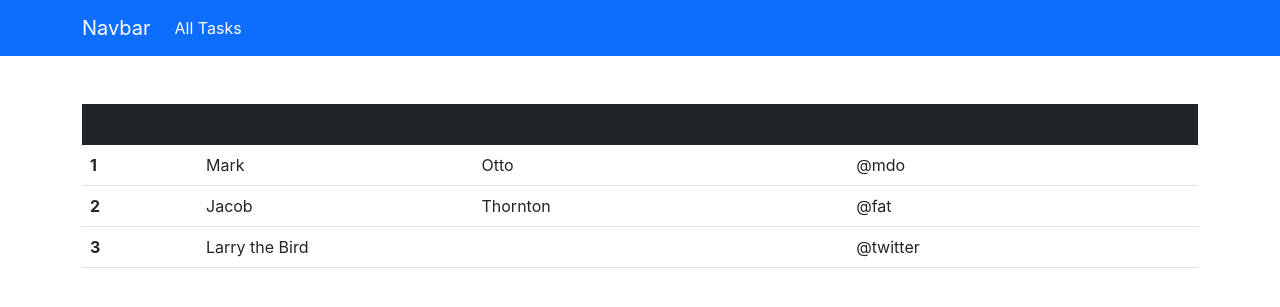
Repository: swathivanka444/MERN-CRUD
Page: /cruds/new (app in frontend_crudapp_reactjs-master/)
An editor plug-in stored every save of this project. The page is shown before and after the next save, followed by the edit.
The browser window is 1280 px wide. The pictures show the whole page.
The project was rebuilt for these pictures with package versions that can differ from the ones it lists, and the page was loaded fresh each time. Also part of the build but not shown: frontend_crudapp_reactjs-master/src/App.css.

Above is the page before, as saved 2023-08-29 12:30:47.

After the next save:
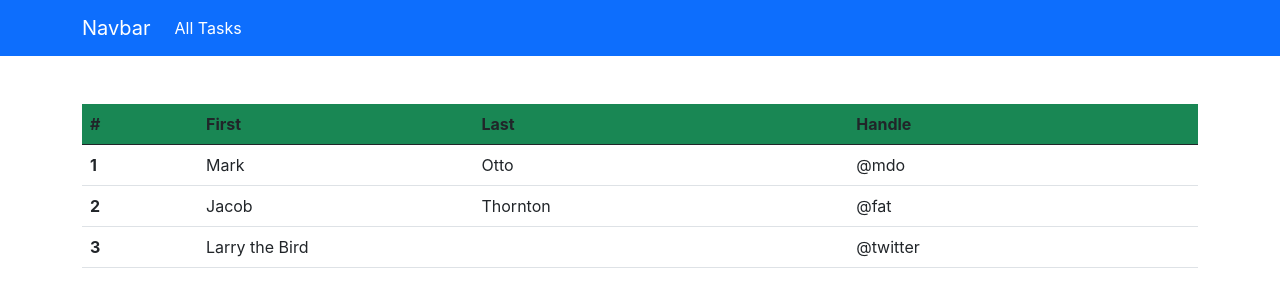
Saved 15 s later.
--- a/frontend_crudapp_reactjs-master/src/component/AllTasks.js
+++ b/frontend_crudapp_reactjs-master/src/component/AllTasks.js
@@ -4,7 +4,7 @@ export default function AllTasks() {
         <div className="container mt-5">
             <table class="table">
                 <thead>
-                    <tr className="bg-dark">
+                    <tr className="bg-success">
                         <th scope="col">#</th>
                         <th scope="col">First</th>
                         <th scope="col">Last</th>
